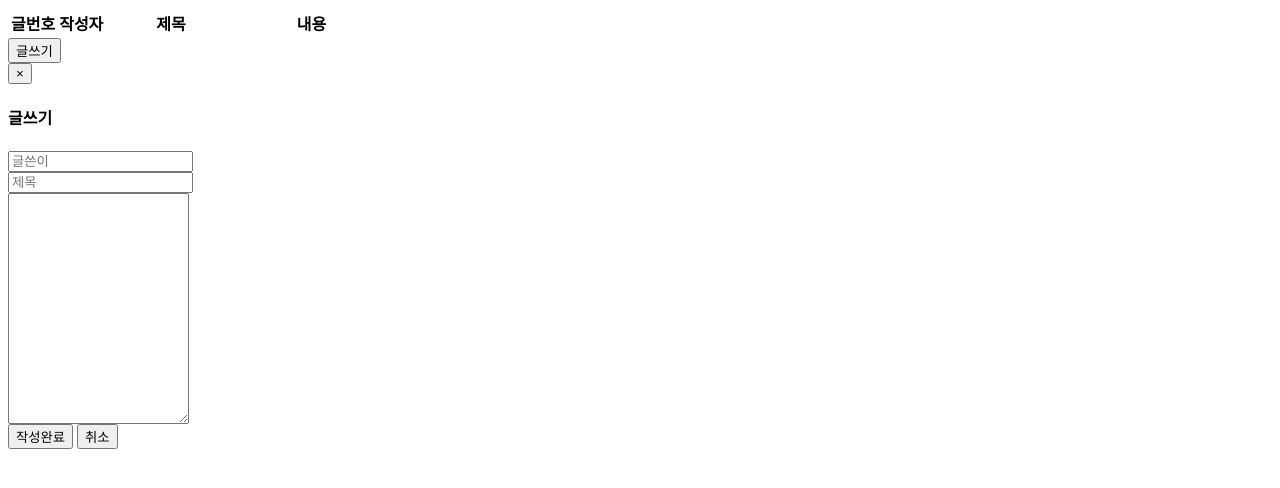
Repository: jjjikolpp/Developer
Page: http://localhost/myProject/include_normal_board.jsp
An editor plug-in stored every save of this project. The page is shown before and after the next save, followed by the edit.
The browser window is 1280 px wide. The pictures show the whole page.
The page is served by Tomcat 9. Nobody is signed in. The application's start-up code is not run.

Above is the page before, as saved 2017-04-13 08:35:51.
Console error: ReferenceError: $ is not defined

After the next save:
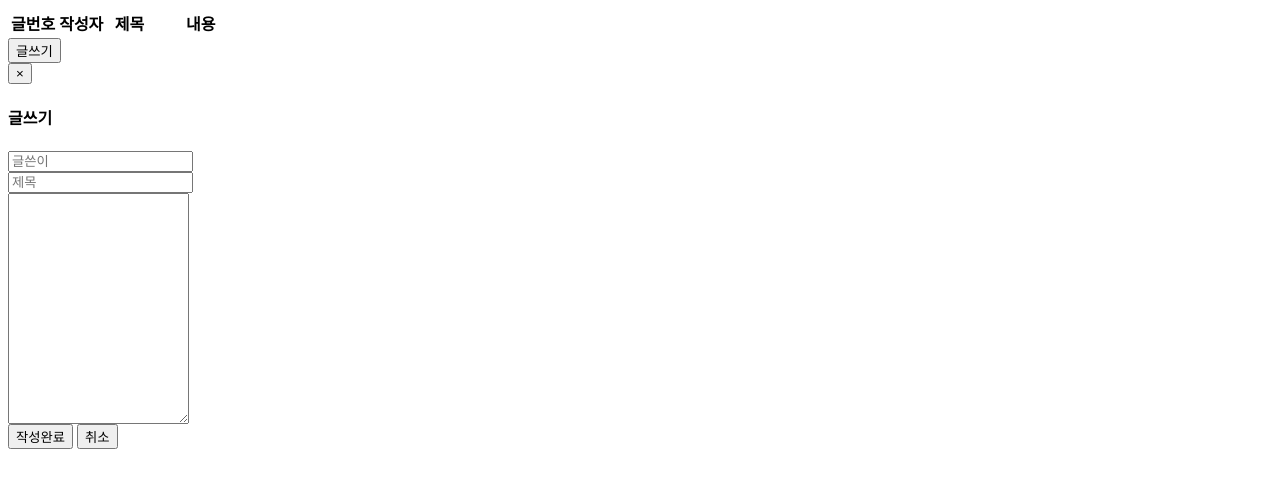
Saved 2 min 48 s later.
--- a/myProject/src/main/webapp/include_normal_board.jsp
+++ b/myProject/src/main/webapp/include_normal_board.jsp
@@ -395,7 +395,7 @@
 				<tr>
 					<th>글번호</th>
 					<th>작성자</th>
-					<th width="35%">제목</th>
+					<th width="20%">제목</th>
 					<th width="40%">내용</th>
 				</tr>
 			</thead>
